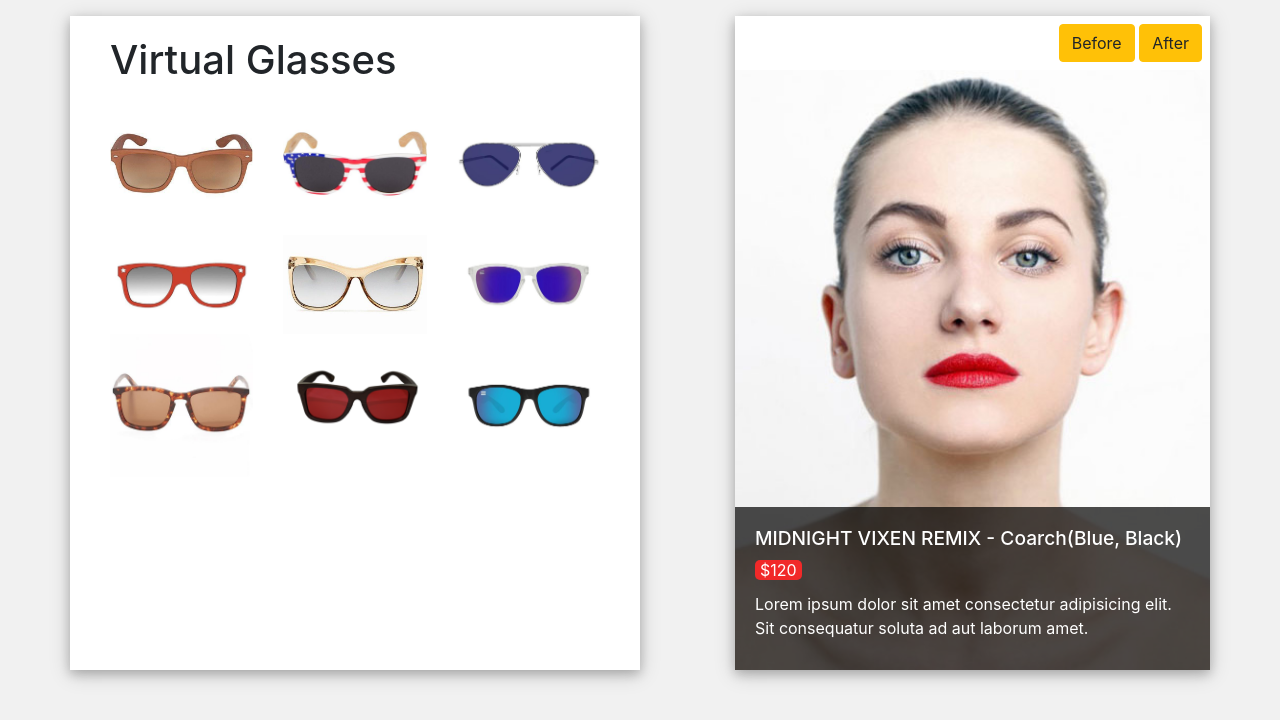
Repository: Khoi300399/BC35E_ES6_B2_MaThanhKhoi
Page: index.html
An editor plug-in stored every save of this project. The page is shown before and after the next save, followed by the edit.
The browser window is 1280 px wide. The pictures show the whole page.
After loading, the first visible `img` was clicked once.

Above is the page before, as saved 2022-10-23 21:59:51.

After the next save:
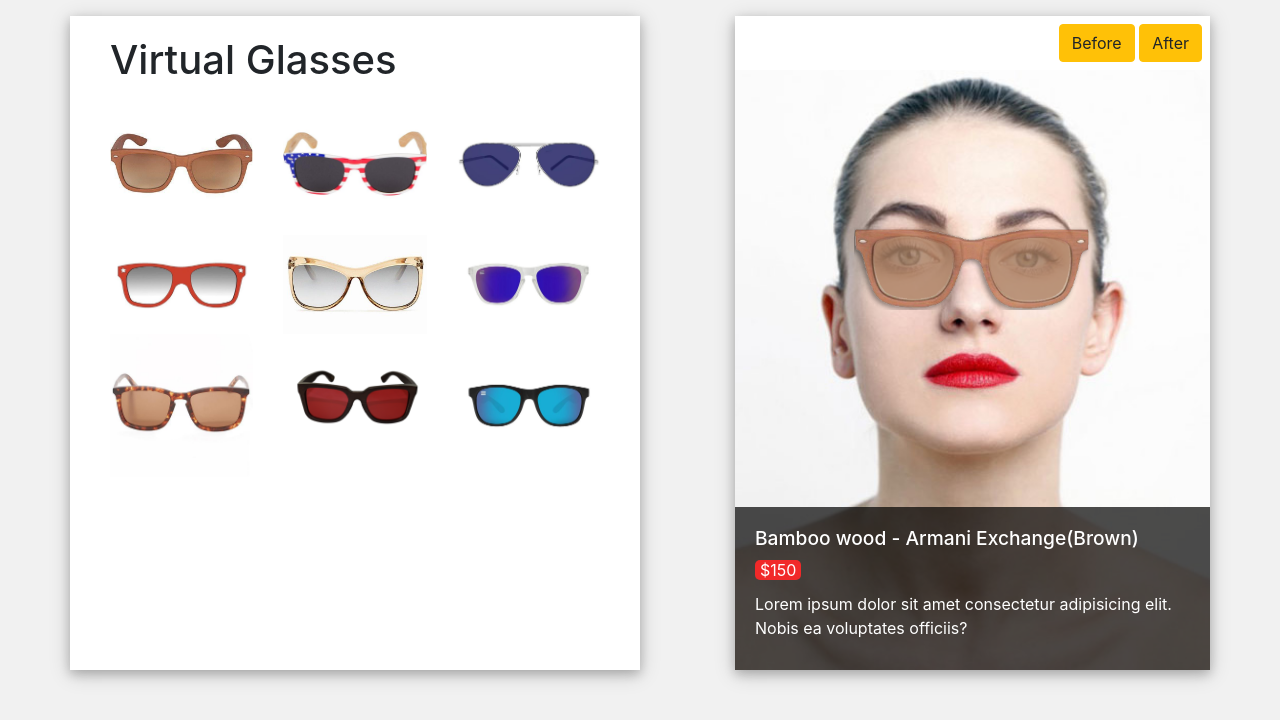
Saved 2 min 38 s later.
--- a/js/main.js
+++ b/js/main.js
@@ -109,7 +109,23 @@
 })();
 
 window.clickImage = (id) => {
-  let findGlasses = dataGlasses.find((glasses) => glasses.id === id);
+  let value = dataGlasses.find((glasses) => glasses.id === id);
+  let imgGlasses = `
+    <img src="${value.virtualImg}" alt="" />
+    `;
+
+  let contentGlasses = `
+  <h3>${value.name} - ${value.brand}(${value.color})</h3>
+  <span>$${value.price}</span>
+  <p>
+  ${value.description}
+  </p>
+    `;
+  document.querySelector("#avatar").innerHTML = imgGlasses;
+  document.querySelector("#avatar img").style.opacity = 0.8;
+
+  document.querySelector("#glassesInfo").innerHTML = contentGlasses;
+  document.querySelector("#glassesInfo").style.display = "block";
 };
 
 // window.btnShowGlasses = (str) => {
